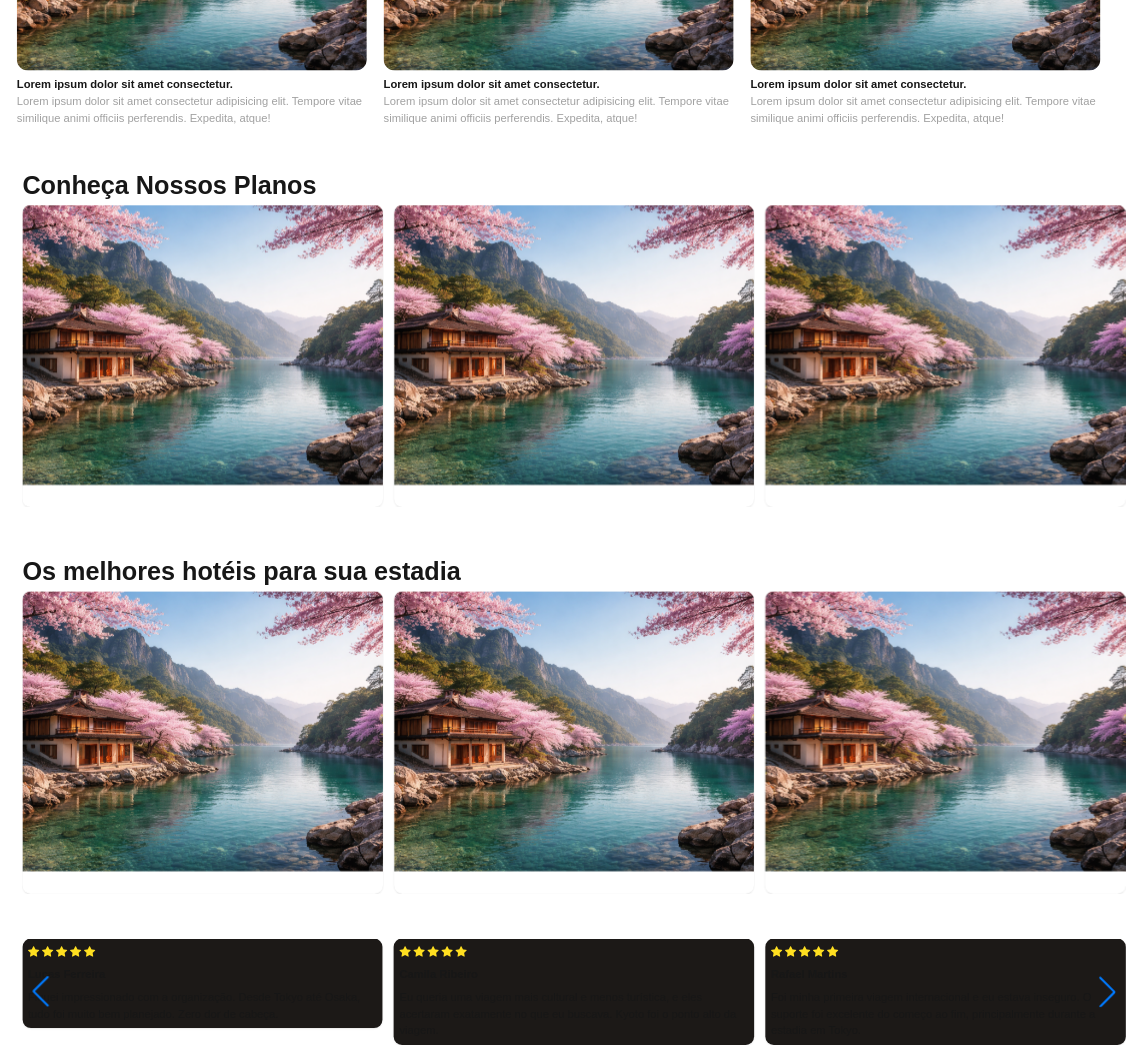
Repository: pedroantoniosi/tripicon-site
Page: /home
An editor plug-in stored every save of this project. The page is shown before and after the next save, followed by the edit.
The browser window is 1280 px wide. The page is 1640 px wide, so the pictures cover 1640 px, including what lies to the right of the window. The pictures show the part of the page from y = 1414 to 2934 px (the page is 2939 px tall before and 2923 px after), at 70% of full size.
The project was rebuilt for these pictures with package versions that can differ from the ones it lists, and the page was loaded fresh each time. The framework's server and built-in components were replaced by stand-ins that run in the browser. Also part of the build but not shown: next.config.ts.

Above is the page before, as saved 2026-04-01 20:43:53.

### src/app/layout.tsx
import type { Metadata } from "next";
import { Geist, Geist_Mono } from "next/font/google";
import "./globals.css";

const geistSans = Geist({
  variable: "--font-geist-sans",
  subsets: ["latin"],
});

const geistMono = Geist_Mono({
  variable: "--font-geist-mono",
  subsets: ["latin"],
});

export const metadata: Metadata = {
  title: "Create Next App",
  description: "Generated by create next app",
};

export default function RootLayout({
  children,
}: Readonly<{
  children: React.ReactNode;
}>) {
  return (
    <html
      lang="en"
      className={`${geistSans.variable} ${geistMono.variable} h-full antialiased`}
    >
      <body className="min-h-full flex flex-col">{children}</body>
    </html>
  );
}

### src/app/home/page.tsx
"use client";
import styles from "./page.module.css";
import Searchbar from "@/components/searchbar/searchbar";
import Container from "@/components/Container/Container";
import Image from "next/image";
import Slider from "@/components/Slider/Slider";

const trips = [
  { title: "", image: "/images/banner.png" },
  { title: "", image: "/images/banner.png" },
  { title: "", image: "/images/banner.png" },
];

const reviews = [
  {
    name: "Mariana Souza",
    text: "Viajar para Kyoto sempre foi um sonho, mas eu não fazia ideia de por onde começar. A plataforma montou tudo pra mim e a experiência foi simplesmente perfeita.",
    stars: 5,
  },
  {
    name: "Lucas Ferreira",
    text: "Fiquei impressionado com a organização. Desde Tokyo até Osaka, tudo foi muito bem planejado. Zero dor de cabeça.",
    stars: 5,
  },
  {
    name: "Camila Ribeiro",
    text: "Eu queria uma viagem mais cultural e menos turística, e eles acertaram exatamente no que eu buscava. Kyoto foi o ponto alto da viagem.",
    stars: 5,
  },
  {
    name: "Rafael Martins",
    text: "Foi minha primeira viagem internacional e eu estava inseguro. O suporte foi excelente do começo ao fim, principalmente durante a estadia em Tokyo.",
    stars: 5,
  },
  {
    name: "Juliana Costa",
    text: "Consegui montar um roteiro completo em poucos minutos. A experiência no Monte Fuji foi inesquecível. Recomendo muito.",
    stars: 5,
  },
];

export default function Home() {
  return (
    <>
      {/* Sessão Inicial  Principal */}
      <section className={styles.heroContainer}>
        <div className={`${styles.heroCaption} col gap-2`}>
          <h1 className="text-4xl  text-center">
            {" "}
            Viaje com propósito. Explore com liberdade
          </h1>
          <p className="text-md lg:text-2xl text-center m-[12]">
            Experiências únicas, roteiros inteligentes e viagens planejadas nos
            mínimos detalhes.
          </p>
          <Searchbar />
        </div>
      </section>

      {/* Sessão de Novidades */}
      <Container>
        <section className="flex flex-wrap p-2 gap-2 lg:p-6 lg:gap-6">
          {Array.from({ length: 6 }).map((_, index) => (
            <div key={index} className="flex gap-2 lg:flex-col">
              <Image
                className="max-w-[150px] lg:max-w-[unset] rounded-2xl"
                src="/images/banner.png"
                alt="Banner"
                width={500}
                height={300}
              />
              <div className="caption md:content-end">
                <h2 className="font-bold font">
                  Lorem ipsum dolor sit amet consectetur.
                </h2>
                <p className="text-neutral-400 max-w-[500px]">
                  Lorem ipsum dolor sit amet consectetur adipisicing elit.
                  Tempore vitae similique animi officiis perferendis. Expedita,
                  atque!
                </p>
              </div>
            </div>
          ))}
        </section>

        {/* Sessão de planos de viagens */}
        <section className="p-2 lg:p-8">
          <h2 className="font-bold text-4xl py-2">Conheça Nossos Planos</h2>
          <div>
            <Slider
              data={trips}
              slidesPerView={{
                mobile: 1,
                tablet: 2,
                desktop: 3,
              }}
              autoplay
              loop
              renderItem={(item) => (
                <div className="rounded-xl overflow-hidden shadow">
                  <img
                    src={item.image}
                    alt={item.title}
                    className="w-full h-[400px] object-cover"
                  />
                  <h2 className="p-4 font-bold">{item.title}</h2>
                </div>
              )}
            />
          </div>
        </section>

        {/* Sessão de planos de viagens */}
        <section className="p-2 lg:p-8">
          <h2 className="font-bold text-4xl py-2">
            Os melhores hotéis para sua estadia
          </h2>
          <div>
            <Slider
              data={trips}
              slidesPerView={{
                mobile: 1,
                tablet: 2,
                desktop: 3,
              }}
              autoplay
              loop
              renderItem={(item) => (
                <div className="rounded-xl overflow-hidden shadow">
                  <img
                    src={item.image}
                    alt={item.title}
                    className="w-full h-[400px] object-cover"
                  />
                  <h2 className="p-4 font-bold">{item.title}</h2>
                </div>
              )}
            />
          </div>
        </section>

        {/* Sessão de planos de viagens */}
        <div className="p-2 lg:p-8 ">
          <div className="flex gap-2">
            <Slider
              data={reviews}
              slidesPerView={{
                mobile: 1.2,
                tablet: 2,
                desktop: 3,
              }}
              autoplay
              loop
              renderItem={(item) => (
                <div className="rounded-xl overflow-hidden shadow flex flex-col gap-2 bg-stone-900  p-2 rounded-2xl">
                  <div className="flex gap-1">
                    {Array.from({ length: item.stars }).map((_, index) => (
                      <i
                        key={index}
                        className="bi bi-star-fill text-yellow-300"
                      ></i>
                    ))}
                  </div>
                  <h2 className="font-bold">{item.name}</h2>
                  <p>{item.text}</p>
                </div>
              )}
            />
          </div>
        </div>
      </Container>
    </>
  );
}

### src/app/globals.css
@import "tailwindcss";
@import "bootstrap-icons/font/bootstrap-icons.css";


:root {
  --background: #ffffff;
  --foreground: #171717;
  --primaryColor: #
}

@media (prefers-color-scheme: dark) {
  :root {
    --background: #0a0a0a;
    --foreground: #ededed;
  }
}

body {
  background: var(--background);
  color: var(--foreground);
  font-family: Arial, Helvetica, sans-serif;
}

### src/app/home/page.module.css
.heroContainer {
    padding: 1rem;
    position: relative;
    display: grid;
    place-items: center;
    z-index: 1;
    min-height: 70svh;

    &::after {
        content: ' ';
        position: absolute;
        width: 100%;
        height: 100%;
        left: 0;
        bottom: 0;
        background-image: url('/images/banner.png');
        background-size: cover;
        z-index: -1;
        filter: brightness(70%);
    }

    & .heroTitle {
        max-width: 1024px;
        text-align: center;
    }
}


@media (min-width: 1024px) {
    .heroContainer {
        padding: 2rem;
        min-height: 100vh;
    }

    .heroContainer .heroTitle {
        max-width: 1200px;
    }
}

### src/components/searchbar/searchbar.tsx
export default function searchbar() {
  return (
    <>
      <div className="p-[.5rem] bg-white rounded-full flex justify-between m-auto max-w-[768px]">
        <input
          className="p-1 text-black outline-none border-none"
          type="text"
          placeholder="O que você está procuranpo?"
        />
        <button className="bg-orange-400 px-2 rounded-full">Pesquisar</button>
      </div>
    </>
  );
}

### src/components/Container/Container.tsx
import React from "react";

type ContainerProps = {
  children?: React.ReactNode;
};

export default function Container({ children }: ContainerProps) {
  return <div className="max-w-[1640px] m-auto">{children}</div>;
}

### src/components/Slider/Slider.tsx
"use client";

import { Swiper, SwiperSlide } from "swiper/react";
import { Navigation, Pagination, Autoplay } from "swiper/modules";

import "swiper/css";
import "swiper/css/navigation";
import "swiper/css/pagination";

type Breakpoints = {
  mobile?: number;
  tablet?: number;
  desktop?: number;
};

type SliderProps<T> = {
  data: T[];
  renderItem: (item: T, index: number) => React.ReactNode;

  slidesPerView?: Breakpoints;

  spaceBetween?: number;
  loop?: boolean;
  autoplay?: boolean;
  navigation?: boolean;
  pagination?: boolean;
};

export default function Slider<T>({
  data,
  renderItem,
  slidesPerView = {
    mobile: 1,
    tablet: 2,
    desktop: 3,
  },
  spaceBetween = 16,
  loop = false,
  autoplay = false,
  navigation = true,
  pagination = false,
}: SliderProps<T>) {
  return (
    <Swiper
      modules={[Navigation, Pagination, Autoplay]}
      spaceBetween={spaceBetween}
      loop={loop}
      navigation={navigation}
      pagination={pagination ? { clickable: true } : false}
      autoplay={
        autoplay
          ? {
              delay: 3000,
              disableOnInteraction: false,
            }
          : false
      }
      breakpoints={{
        0: {
          slidesPerView: slidesPerView.mobile || 1,
        },
        640: {
          slidesPerView: slidesPerView.tablet || 2,
        },
        1024: {
          slidesPerView: slidesPerView.desktop || 3,
        },
      }}
    >
      {data.map((item, index) => (
        <SwiperSlide key={index}>{renderItem(item, index)}</SwiperSlide>
      ))}
    </Swiper>
  );
}

After the next save:
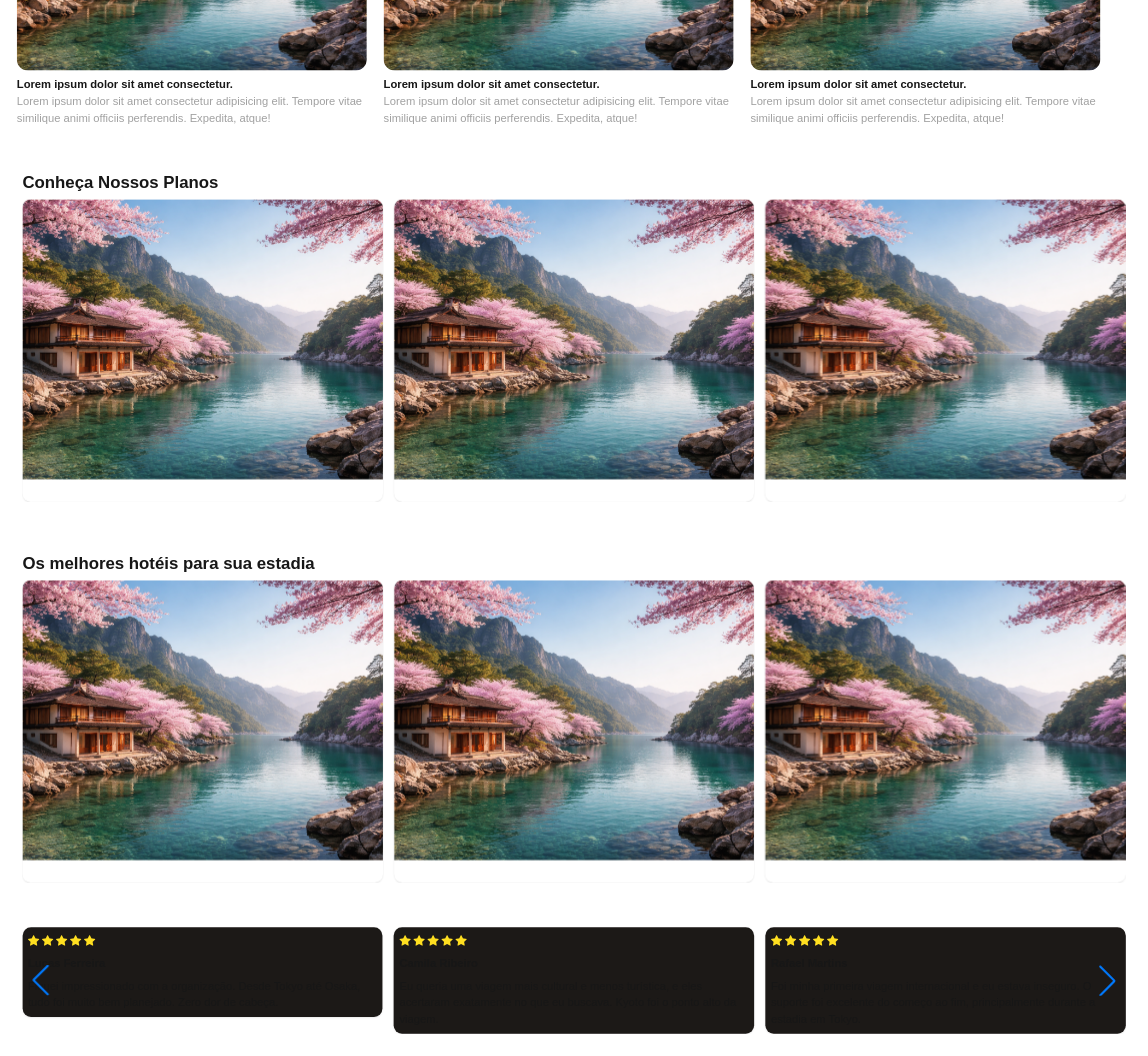
Saved 47 s later.
--- a/src/app/home/page.tsx
+++ b/src/app/home/page.tsx
@@ -85,7 +85,7 @@ export default function Home() {
 
         {/* Sessão de planos de viagens */}
         <section className="p-2 lg:p-8">
-          <h2 className="font-bold text-4xl py-2">Conheça Nossos Planos</h2>
+          <h2 className="font-bold text-2xl py-2">Conheça Nossos Planos</h2>
           <div>
             <Slider
               data={trips}
@@ -112,7 +112,7 @@ export default function Home() {
 
         {/* Sessão de planos de viagens */}
         <section className="p-2 lg:p-8">
-          <h2 className="font-bold text-4xl py-2">
+          <h2 className="font-bold text-2xl py-2">
             Os melhores hotéis para sua estadia
           </h2>
           <div>
